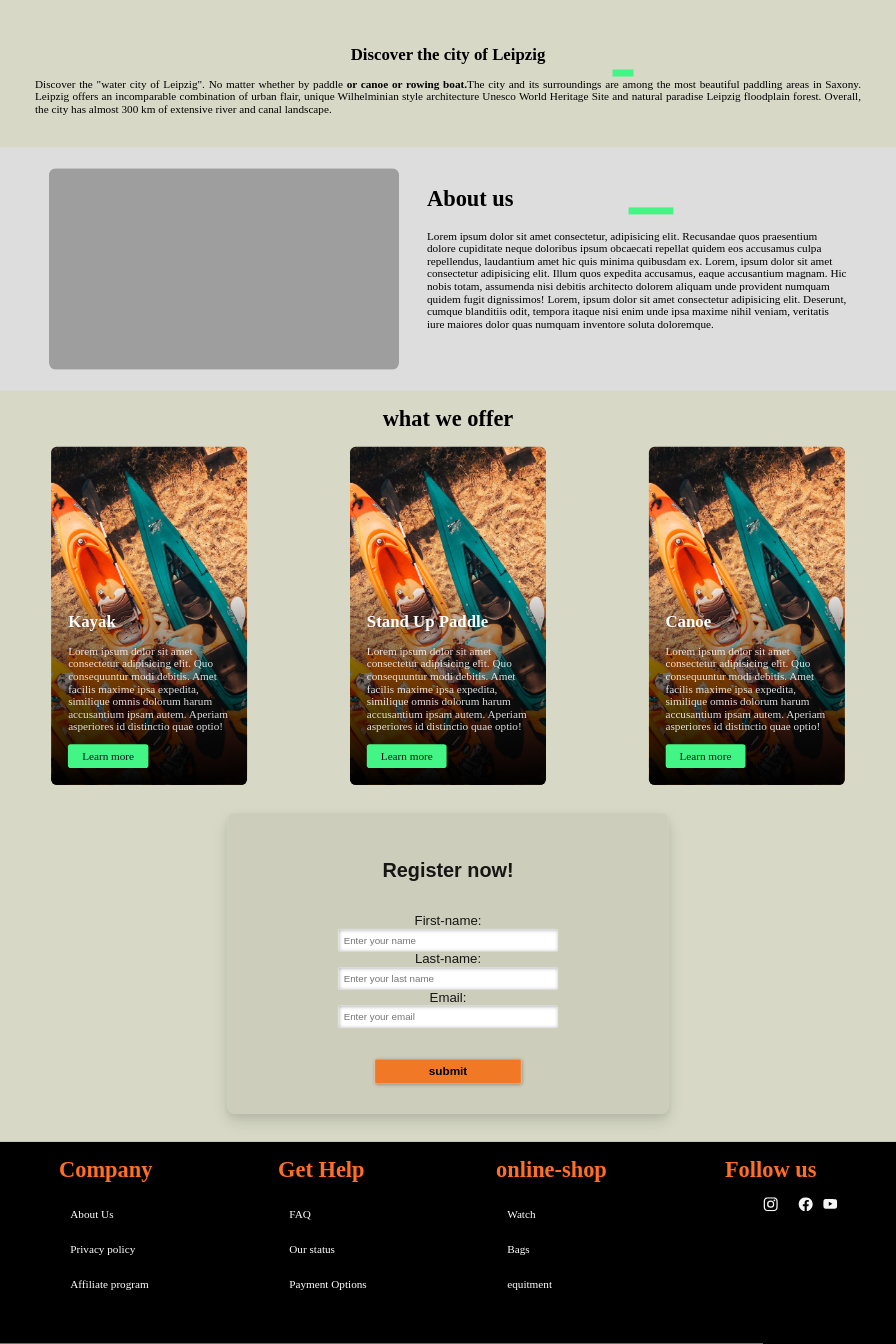
Repository: joseluis2289/Responsive-club-website
Page: index.html
An editor plug-in stored every save of this project. The page is shown before and after the next save, followed by the edit.
The browser window is 1280 px wide. The pictures show the part of the page from y = 775 to 2695 px (the page is 2695 px tall), at 70% of full size.
The pointer rests on the first visible `#register`.
Pictures or frames that could not be fetched are drawn as grey boxes.

Above is the page before, as saved 2021-08-25 00:05:46.

### index.html
<!DOCTYPE html>
<html lang="en">
<head>
    <meta charset="UTF-8">
    <meta http-equiv="X-UA-Compatible" content="IE=edge">
    <meta name="viewport" content="width=device-width, initial-scale=1.0">
    <link rel="stylesheet" href="style.css">
    <script src="script.js" defer></script>
    <title>Responsive-Club-website</title>
</head>
<body>

    <nav class="navbar">
        <!-- hamburger toggle -->
        <div class="brand-title">Club-Website</div>
        <a href="#" class="toggle-button">
            <span class="bar"></span>
            <span class="bar"></span>
            <span class="bar"></span>
        </a>

        <div class="nav-links">
            <ul>
                <li><a href="#">Home</a></li>
                <li><a href="#">About</a></li>
                <li><a href="#">Contact</a></li>
            </ul>
        </div>
    </nav>
<div class="banner"></div>

<section class="welcome">
    <h1 class="discover-title">Discover the city of Leipzig</h1>
    <p class="p-discover">Discover the "water city of Leipzig". No matter whether by paddle <strong>or canoe or rowing boat.</strong>The city and its surroundings are among the most beautiful paddling areas in Saxony. Leipzig offers an incomparable combination of urban flair, unique Wilhelminian style architecture Unesco World Heritage Site and natural paradise Leipzig floodplain forest. Overall, the city has almost 300 km of extensive river and canal landscape.</p>

</section>

<!-- about us section -->
<div class="grid-container-about">
    <img class="grid-item-img" src="./Cosmetics Discount Sale Landscape Banner.png" alt="about">
    <div class="grid-item-text"><h1><a class="aboutUs-title" href="#">About us</a></h1><p class="aboutUs-text"> Lorem ipsum dolor sit amet consectetur, adipisicing elit. Recusandae quos praesentium dolore cupiditate neque doloribus ipsum obcaecati repellat quidem eos accusamus culpa repellendus, laudantium amet hic quis minima quibusdam ex. Lorem, ipsum dolor sit amet consectetur adipisicing elit. Illum quos expedita accusamus, eaque accusantium magnam. Hic nobis totam, assumenda nisi debitis architecto dolorem aliquam unde provident numquam quidem fugit dignissimos! Lorem, ipsum dolor sit amet consectetur adipisicing elit. Deserunt, cumque blanditiis odit, tempora itaque nisi enim unde ipsa maxime nihil veniam, veritatis iure maiores dolor quas numquam inventore soluta doloremque.</p></div>
</div>



<h1 class="tittle-what-we-offer">what we offer</h1>
<div class="card-container">
    <div class="card">
        <div class="card-content">
        <h2 class="card-title">Kayak</h2>
        <p class="card-body">Lorem ipsum dolor sit amet consectetur adipisicing elit. Quo consequuntur modi debitis. Amet facilis maxime ipsa expedita, similique omnis dolorum harum accusantium ipsam autem. Aperiam asperiores id distinctio quae optio!</p>
        <a href="#" class="button">Learn more</a>
    </div>
    </div>

    <div class="card">
        <div class="card-content">
        <h2 class="card-title"> Stand Up Paddle</h2>
        <p class="card-body">Lorem ipsum dolor sit amet consectetur adipisicing elit. Quo consequuntur modi debitis. Amet facilis maxime ipsa expedita, similique omnis dolorum harum accusantium ipsam autem. Aperiam asperiores id distinctio quae optio!</p>
        <a href="#" class="button">Learn more</a>
    </div>
    </div>


    <div class="card">
        <div class="card-content">
        <h2 class="card-title">Canoe</h2>
        <p class="card-body">Lorem ipsum dolor sit amet consectetur adipisicing elit. Quo consequuntur modi debitis. Amet facilis maxime ipsa expedita, similique omnis dolorum harum accusantium ipsam autem. Aperiam asperiores id distinctio quae optio!</p>
        <a href="#" class="button">Learn more</a>
    </div>
    </div>

</div>

<section class="register">
    <form id="register" action="#">
        <h2 class="register-title">Register now!</h2>
        <label for="first-name">First-name:</label>
        <br/>
        <input type="text" name="first-name" id='name' placeholder="Enter your name">
        <br/>
        <label for="last-name">Last-name:</label>
        <br/>
        <input type="text" name="last-name" id="name" placeholder="Enter your last name">
        <br/>
        <label for="email">Email:</label>
        <br/>
        <input type="text" name="email" id="name" placeholder="Enter your email">
        <br/>&nbsp;
        <br/> <br/>
    <input type="submit" value="submit" name="submit" id="submit">
    </form>
</section>

<footer class="footer">
    <div class="footer-sections">
        <div class="company">
            <ul>
                <h1 class="company-title">Company</h1>
                <li><a href="#">About Us</a></li>
                <li><a href="#">Privacy policy</a></li>
                <li><a href="#">Affiliate program</a></li>
            </ul>
        </div>
        <div class="get-help">
            <h1 class="help-title">Get Help</h1>
            <ul>
                <li><a href="#">FAQ</a></li>
                <li><a href="#">Our status</a></li>
                <li><a href="#">Payment Options</a></li>
            </ul>
        </div>
        <div class="online-shop">
            <h1 class="shop-title">online-shop</h1>
            <ul >
                <li><a href="#">Watch</a></li>
                <li><a href="#">Bags</a></li>
                <li><a href="#">equitment</a></li>
            </ul>
        </div>
        <div class="follow-us">
            <h1 class="followUs-title">Follow us</h1>
            <ul class="follow-us-list">

              <li><svg xmlns="http://www.w3.org/2000/svg" width="50" height="20" fill="currentColor" class="bi bi-instagram" viewBox="0 0 16 16">
                <path d="M8 0C5.829 0 5.556.01 4.703.048 3.85.088 3.269.222 2.76.42a3.917 3.917 0 0 0-1.417.923A3.927 3.927 0 0 0 .42 2.76C.222 3.268.087 3.85.048 4.7.01 5.555 0 5.827 0 8.001c0 2.172.01 2.444.048 3.297.04.852.174 1.433.372 1.942.205.526.478.972.923 1.417.444.445.89.719 1.416.923.51.198 1.09.333 1.942.372C5.555 15.99 5.827 16 8 16s2.444-.01 3.298-.048c.851-.04 1.434-.174 1.943-.372a3.916 3.916 0 0 0 1.416-.923c.445-.445.718-.891.923-1.417.197-.509.332-1.09.372-1.942C15.99 10.445 16 10.173 16 8s-.01-2.445-.048-3.299c-.04-.851-.175-1.433-.372-1.941a3.926 3.926 0 0 0-.923-1.417A3.911 3.911 0 0 0 13.24.42c-.51-.198-1.092-.333-1.943-.372C10.443.01 10.172 0 7.998 0h.003zm-.717 1.442h.718c2.136 0 2.389.007 3.232.046.78.035 1.204.166 1.486.275.373.145.64.319.92.599.28.28.453.546.598.92.11.281.24.705.275 1.485.039.843.047 1.096.047 3.231s-.008 2.389-.047 3.232c-.035.78-.166 1.203-.275 1.485a2.47 2.47 0 0 1-.599.919c-.28.28-.546.453-.92.598-.28.11-.704.24-1.485.276-.843.038-1.096.047-3.232.047s-2.39-.009-3.233-.047c-.78-.036-1.203-.166-1.485-.276a2.478 2.478 0 0 1-.92-.598 2.48 2.48 0 0 1-.6-.92c-.109-.281-.24-.705-.275-1.485-.038-.843-.046-1.096-.046-3.233 0-2.136.008-2.388.046-3.231.036-.78.166-1.204.276-1.486.145-.373.319-.64.599-.92.28-.28.546-.453.92-.598.282-.11.705-.24 1.485-.276.738-.034 1.024-.044 2.515-.045v.002zm4.988 1.328a.96.96 0 1 0 0 1.92.96.96 0 0 0 0-1.92zm-4.27 1.122a4.109 4.109 0 1 0 0 8.217 4.109 4.109 0 0 0 0-8.217zm0 1.441a2.667 2.667 0 1 1 0 5.334 2.667 2.667 0 0 1 0-5.334z"/>
              </svg></li>
              <li>

                  <svg xmlns="http://www.w3.org/2000/svg" width="50" height="20" fill="currentColor" class="bi bi-facebook" viewBox="0 0 16 16">
                    <path d="M16 8.049c0-4.446-3.582-8.05-8-8.05C3.58 0-.002 3.603-.002 8.05c0 4.017 2.926 7.347 6.75 7.951v-5.625h-2.03V8.05H6.75V6.275c0-2.017 1.195-3.131 3.022-3.131.876 0 1.791.157 1.791.157v1.98h-1.009c-.993 0-1.303.621-1.303 1.258v1.51h2.218l-.354 2.326H9.25V16c3.824-.604 6.75-3.934 6.75-7.951z"/>
                  </svg>
              </li>
              <li>

                  <svg xmlns="http://www.w3.org/2000/svg" width="20" height="20" fill="currentColor" class="bi bi-youtube" viewBox="0 0 16 16">
                    <path d="M8.051 1.999h.089c.822.003 4.987.033 6.11.335a2.01 2.01 0 0 1 1.415 1.42c.101.38.172.883.22 1.402l.01.104.022.26.008.104c.065.914.073 1.77.074 1.957v.075c-.001.194-.01 1.108-.082 2.06l-.008.105-.009.104c-.05.572-.124 1.14-.235 1.558a2.007 2.007 0 0 1-1.415 1.42c-1.16.312-5.569.334-6.18.335h-.142c-.309 0-1.587-.006-2.927-.052l-.17-.006-.087-.004-.171-.007-.171-.007c-1.11-.049-2.167-.128-2.654-.26a2.007 2.007 0 0 1-1.415-1.419c-.111-.417-.185-.986-.235-1.558L.09 9.82l-.008-.104A31.4 31.4 0 0 1 0 7.68v-.123c.002-.215.01-.958.064-1.778l.007-.103.003-.052.008-.104.022-.26.01-.104c.048-.519.119-1.023.22-1.402a2.007 2.007 0 0 1 1.415-1.42c.487-.13 1.544-.21 2.654-.26l.17-.007.172-.006.086-.003.171-.007A99.788 99.788 0 0 1 7.858 2h.193zM6.4 5.209v4.818l4.157-2.408L6.4 5.209z"/>
                  </svg>
              </li>
            </ul>
        </div>
    </div>
</footer>
</body>
</html>

### style.css
:root{
    --clr-neutral-900: hsl(207,19%,9%);
    --crl-neutral-100: hsl(0,0%,100%);
    --crl-accent-400: hsl(142, 90%, 61%);
    --crl-accent-300: hsl(20.18, 100%, 57.45%);

}

*,
*::before,
*::after {
    box-sizing: border-box;
}


*{
    box-sizing: border-box;
}

body{
    margin: 0;
    border: 0;
    background-color:#D7D9C6;
}

.navbar{
    display: flex;
    justify-content: space-between;
    align-items: center;
    background-color: #333;
    color: white;
    font-family: 'Poppins', sans-serif;

}

.brand-title{
    font-size: 1.6rem;
    margin: .5rem;
    text-transform: uppercase;
    letter-spacing: 4px;
    -webkit-box-shadow: 0 10px 6px -6px rgb(80, 73, 73);
    -moz-box-shadow:0 10px 6px -6px rgb(114, 110, 110);
    box-shadow: 0 10px 6px -6px rgb(136, 133, 133);
    border-radius:10px;
}

.nav-links ul {
    margin: 0;
    padding: 0;
    display: flex;
}
.nav-links li {
    list-style: none;
}

.nav-links li a {
    text-decoration: none;
    color: white;
    padding: 1rem;
    display: block;
}
.nav-links li:hover{
    background-color:#555;
}

.toggle-button {
    position: absolute;
    top: .75rem;
    right: 1rem;
    display: none;
    flex-direction: column;
    justify-content: space-between;
    width: 30px;
    height: 22px;
}

.toggle-button .bar {
    height: 3px;
    width: 100%;
    background-color: white;
    border-radius: 10px;
}

.banner{
    background-image: url("/Cosmetics\ Discount\ Sale\ Landscape\ Banner.png");
    background-repeat: no-repeat;
    background-position: cover;
    background-size: 100% 100vh;
    height: 100vh;
}

/* discover the city of Leipzig */
.welcome{
    text-align: center;
    height: 30vh;
    width:auto;
    margin: auto;
    padding: 50px;

}
.p-discover{
    text-align: justify;
    text-justify: inter-word;



}
.discover-title{
    display: block;
    position: relative;
    cursor: pointer;
}
.discover-title::after{
    content:"";
    position: absolute;
    left: 690px;
    background: var(--crl-accent-400);
    display: block;
    border: 0;
    margin: 0.5rem 0;
    width:300px;
    height: 10px;
    transform: scaleX(0.1);
    transition: transform 0.4s ease;

}

.discover-title:hover:after,
.discover-title:active:after{
    transform: scaleX(1);
    transform-origin: left;
    transition: transform 0.5s ease;
}


.grid-container-about{
    background-color: #ddd;
    display: grid;
    grid-template-columns: auto auto;
    padding: 30px;
    column-gap: 40px;

}
.grid-item-img{
    margin: 0 0 0 auto;
    width: 500px;
    height: 40vh;
    border-radius:10px;

}
.aboutUs-text{
    width: 600px;
}

/* about us  */

.aboutUs-title{
color: #000;
text-decoration: none;
border: 0;
margin: 0.5rem 0;
line-height: 1.4;
display: block;
position: relative;
}

.aboutUs-title:after{
    position: absolute;
    content: "";
    background: var(--crl-accent-400);
    display: block;
    left:0;
    bottom:0;
    line-height: 1.4;
    width:100%;
    height: 10px;
    transform: scaleX(0.1);
    transition: transform 0.4s ease;

}

.aboutUs-title:hover:after,
.aboutUs-title:active:after{
    transform: scaleX(1);
    transform-origin: left bottom;
    transition: transform 0.5s ease;
}



/* what we offer cards */
.tittle-what-we-offer{
    text-align: center;
}

.card-container{
    display: flex;
    justify-content: space-around;
}

.card{
    color: var(--crl-neutral-100);
    background-image: url(./we-offer.jpg);
    background-size: cover;
    padding: 12rem 0 0;
    /* ch is 35 character wide */
    max-width: 35ch;
    border-radius: 0.5rem;
    overflow: hidden;
    transition: transform 500ms ease;

}

.card:hover{
    transform: scale(1.05);
}



.card-content{
    /* this variable only exist within the card content */
    --padding: 1.5rem;
    padding: var(--padding);
    /* here im appying some saturation and opacity of the backgroud card in order to king of fade it out */
    background: linear-gradient(
        hsl(0 0% 0% / 0),
        hsl(0 0% 0% / 0.3) 20%,
        hsl(0 0% 0% / 1)
    );
}

.card-title{
    position: relative;
    /* max-content it line up the with of the title */
    width: max-content;


}

.card-title::after{
    content:"";
    position: absolute;
    height: 4px;
    /* here I'm moving the green bar to the left in order to animate */
    left: calc(var(--padding) * -1 );
    bottom: 0;
    width: calc(100% + var(--padding));
    background: var(--crl-accent-400);
    /* here I'm animating the green bar from left to right */
    transform-origin: left;
    transform: scaleX(0);
    transition: transform 500ms ease;
}

.card:hover .card-title::after{
    transform: scaleX(1);
}

.card-body{
    color: rgb(255 255 255 / 0.85);
}

.button{
    cursor:pointer;
    display: inline-block;
    padding: 0.5em 1.3em;
    text-decoration: none;
    color: var(--clr-neutral-900);
    background-color: var(--crl-accent-400);
    padding: 0.5em 1.25em;
    border-radius: 0.25em;
}


.button:hover,
.button:focus {
    background-color: var(--crl-neutral-100);
}


/* .what-we-offer{
    display: grid;
    grid-template-columns: 1fr 1fr 1fr;
    display: flex;
    justify-content: space-around;
}
.kayak{
    /* background-image:url("kayak.png");
    height: 40vh;
    margin: 10px;
    border-radius:10px;
    background: #ddd;
    box-shadow: 0 6px 10px rgba(14, 13, 13, 0.08), 0 0 6px rgba(0, 0, 0, 0.05);
    cursor: pointer;
}


.kayak:hover{
    border: rgba(0, 0, 0, 0.05) solid 0;
    transform: scale(1.05);
    box-shadow: 0 10px 20px rgba(0, 0, 0, 0.12), 0 4px 8px rgba(0, 0, 0, 0.06);
    transition: 0.3s;
} */

/* register */
.register-title{
    text-align: center;
    padding: 20px;
    font-family:'Poppins', sans-serif;
}
#register{

    background-color:rgba(0, 0, 0, 0.05);
    width: 600px;
    font-size: 18px;
    border-radius:10px;
    border:1px solid rgba(214, 210, 210, 0.3);
    box-shadow: 2px 2px 15px;
    color:rgb(24, 21, 21);
    margin: 50px auto;
    text-align: center;
    padding: 20px;

}
#register:hover{
    transform: scale(1.05);
    box-shadow: 0 10px 20px rgba(0, 0, 0, 0.12), 0 4px 8px rgba(0, 0, 0, 0.06);
    transition: 0.3s;
}
label{
    font-family:'Poppins', sans-serif;
    font-size: 18px;
}
input#name{
    width: 300px;
    border: 1px solid #ddd;
    border-radius: 3px;
    outline: 0;
    padding: 7px;
    background-color: #fff;
    box-shadow: inset 1px 1px 5px
    rgba(0,0,0,0.3);
}


input#submit{
    width: 200px;
    padding: 7px;
    font-size: 16px;
    font-family: sans-serif;
    font-weight: 600;
    border: none;
    border-radius:3px;
    background-color:rgba(250, 100, 0, 0.8);
    color:black;
    cursor:pointer;
    border:1px solid rgba(255, 255, 255, 0.3);
    box-shadow: 1px 1px 5px rgba(0, 0, 0, 0.3);
    margin-bottom: 20px;
}

/* label,span,h2{
     text-shadow: 1px 1px 5px rgba(0, 0, 0, 0.3);
} */

/* footer */
.footer{
    width: 100%;
    height: 40vh;
    background-color:#000;
    color:whitesmoke;
}
.footer-sections{
    display: flex;
    justify-content: space-around;

}
.company-title{
    color:var(--crl-accent-300);
}
.company ul{
    margin: 0;
    padding: 0;
}
.company li{
    list-style: none;
}
.company li a {
    text-decoration: none;
    color: white;
    padding: 1rem;
    display: block;
}
.help-title{
    color:var(--crl-accent-300);
}
.get-help ul{
    margin: 0;
    padding: 0;
}

.get-help li{
    list-style: none;
}
.get-help li a {
    text-decoration: none;
    color: white;
    padding: 1rem;
    display: block;
}

.shop-title{
    color: var(--crl-accent-300);
}

.online-shop ul{
    margin: 0;
    padding: 0;
}
.online-shop li{
    list-style: none;
}

.online-shop li a {
    text-decoration: none;
    color: white;
    padding: 1rem;
    display: block;
}

.followUs-title{
    color:var(--crl-accent-300);
}
.follow-us-list{
    display: flex;

}
.follow-us-list li{
    list-style: none;
}

 @media(min-width: 320px) and (max-width: 600px){

   .toggle-button{
        display: flex;
    }

    .nav-links{
        display: none;
        width: 100%;
    }

    .navbar{
        flex-direction: column;
        align-items: flex-start;
        width: 100%;
    }

    .nav-links ul {
        width: 100%;
        flex-direction: column;

    }
    .nav-links li {
        text-align: center;
    }
    .nav-links li a {
        padding: .5rem 1rem;
    }
    .nav-links.active{
        display: flex;

    }


    .banner{
        background-image: url("/Cosmetics\ Discount\ Sale\ Landscape\ Banner.png");
        background-repeat: no-repeat;
        background-position: cover;
        background-size: 100% 100vh;
        height: 80vh;
        width: 100%;
    }
    .discover-title::after{
        left: 20px;
    }

    .p-discover{
        text-align: justify;
        text-justify: inter-word;
        padding: 20px;

    }
    .grid-container-about{
        margin: 160px 0 0px 0px;
        background-color: #ddd;
        display: grid;
        grid-template-columns: 1fr;

    }
    .grid-item-img{
         width:auto;
         margin: 40px auto 0 0;
    }

    .aboutUs-title{
        padding: 10px;
    }
    .aboutUs-text{
        text-align: justify;
        text-justify: inter-word;
        width: 370px;
        padding: 10px;

    }
    .card-container{
        display: flex;
        flex-direction: column;


    }
    .card{
        margin: 20px auto;
    }


    #register{
        width: 300px;
    }

    input#name{
        width: 200px;
    }
    .footer{
        width: 100%;
        height: 160vh;
        background-color:#000;
        color:var(--clr-neutral-900);
    }
    .footer-sections{
        display: flex;
        flex-direction: column;
        align-items: center;
        justify-content: center;


    }


}



@media (min-width: 601px) and (max-width: 767px){
    .navbar{
        width: 100%;
        flex-direction: row;
        justify-content: space-around;
        align-content: center;
    }
    .banner{
        background-image: url("/Cosmetics\ Discount\ Sale\ Landscape\ Banner.png");
        background-repeat: no-repeat;
        background-position:cover;
        background-size: 100% 100vh;
        height: 100vh;
        width: 100%;
    }

    .discover-title::after{
        left: 260px;
        margin: 0 0 30px;

    }
    .discover-title{
        width: 800px;
        text-align: center;
    }
    .p-discover{
        text-align: justify;
        text-justify: inter-word;
        width: 700px;
        padding: 0.7em 5em;
        margin:20px 0 0 60px;
        font-size: 20px;

    }
    .grid-container-about{
        width: 800px;
        margin: 150px 0;
        background-color: #ddd;
        display: grid;
        grid-template-columns: 1fr;
        padding: 90px;
    }
    .aboutUs-text{
        text-align: justify;
        text-justify: inter-word;
        width: 550px;
    }
    .card-container{
        display: flex;
        flex-direction: column;
    }
   .card{
  font-size: larger;
   margin: 0 0 30px 100px;

   }
   #register{
   font-size: 30px;
   margin:10px auto 25px 70px;

}

input#name{
    width: 300px;

}
label{
    font-family:'Poppins', sans-serif;

}

.footer{
    width: 100%;
    height: 100vh;
    background-color:#000;
    color:var(--clr-neutral-900);
}
.footer-sections{
    display: flex;
    flex-direction: column;
    align-items: center;
    justify-content: center;
}
}

@media (min-width: 768px) and (max-width: 1024px){

    .discover-title::after{
        left: 250px;
        margin: 0 0 30px;

    }
    .discover-title{
        width: 800px;
        text-align: center;
    }
    .p-discover{
        text-align: justify;
        text-justify: inter-word;
        width: 790px;
        padding: 0.7em 5em;
        margin:20px 0 0 10px;
        font-size: 20px;

    }

    .grid-container-about{


        background-color: #ddd;
        display: grid;
        grid-template-columns: 1fr 1fr;

    }
.grid-item-text{
    margin: 0 0 0 30px;
}

.card-container{
    display: flex;

    justify-content: space-between;

}
.card{
    margin: 0 10px 0px 30px;
}
.footer{
    width: 100%;
    height: 100vh;
    background-color:#000;
    color:var(--clr-neutral-900);
}
.footer-sections{
    display: flex;
    flex-direction: row;
    align-items: center;
    justify-content: center;
}

}

### script.js
const toggleButton = document.getElementsByClassName("toggle-button")[0]
const navBarLinks = document.getElementsByClassName("nav-links")[0]

toggleButton.addEventListener("click", () =>{
    // toggle the active class so If the active class does exist it will add it and viceversa
    navBarLinks.classList.toggle("active")
}
)

After the next save:
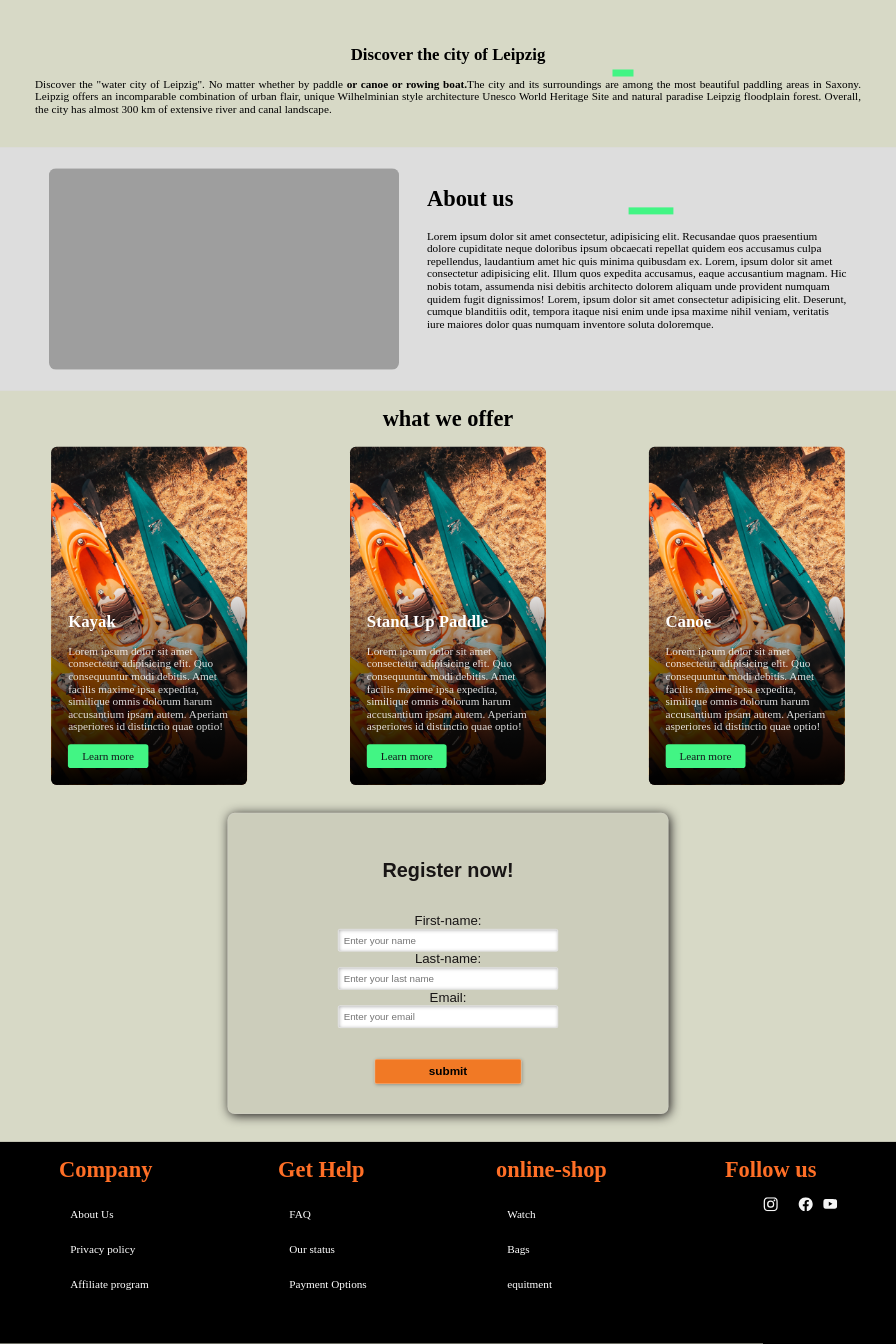
Saved 11 s later.
--- a/style.css
+++ b/style.css
@@ -324,7 +324,7 @@ position: relative;
 }
 #register:hover{
     transform: scale(1.05);
-    box-shadow: 0 10px 20px rgba(0, 0, 0, 0.12), 0 4px 8px rgba(0, 0, 0, 0.06);
+
     transition: 0.3s;
 }
 label{
